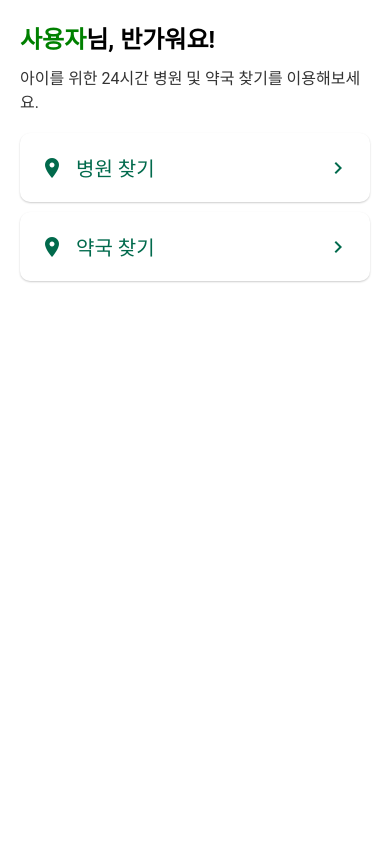
Repository: Sesac-icare/FrontEndiCare
Screen: / (app in iCare/)
These files come from the project's save history. The screen is drawn as it stood at one moment and after the next save; the edit follows.
The app was drawn by React Native's web renderer in a window 390 px wide. The project was rebuilt for these pictures with package versions that can differ from the ones it lists, and the page was loaded fresh each time. Some packages were replaced by stand-ins written for this rebuild.

Above is the screen before, as saved 2025-02-04 16:06:41.

### iCare/index.js
import { registerRootComponent } from "expo";

import App from "./App";

// registerRootComponent calls AppRegistry.registerComponent('main', () => App);
// It also ensures that whether you load the app in Expo Go or in a native build,
// the environment is set up appropriately
registerRootComponent(App);

// import { AppRegistry } from "react-native";
// import App from "./src/App";
// import { iCare } from "./app.json";

// import appConfig from "./app.json";

// const appName = appConfig.expo.name;

// AppRegistry.registerComponent(appName, () => App);

### iCare/App.js
// import { StatusBar } from "expo-status-bar";
// import { StyleSheet, Text, View } from "react-native";

// export default function App() {
//   return (
//     <View style={styles.container}>
//       <Text>Open up App.js to start working on your app!</Text>
//       <StatusBar style="auto" />
//     </View>
//   );
// }

// const styles = StyleSheet.create({
//   container: {
//     flex: 1,
//     backgroundColor: "#fff",
//     alignItems: "center",
//     justifyContent: "center"
//   }
// });
//__________________________________________________________
// import App from "./src/App";
// import { StatusBar } from "expo-status-bar";
// import React from "react";
// import {Text} from 'react-native';

// export default function App() {
//   return (
//     <>
//     <View style={styles.container}>
//       <Text>Open up App.js to start working on your app!</Text>
//       <StatusBar style="auto" />
//     </View>
//     </>
//   );
// }

// export default App;

import React, { useCallback } from "react";
import {
  View,
  Text,
  StyleSheet,
  Platform,
  TouchableOpacity
} from "react-native";
import { MaterialIcons } from "@expo/vector-icons";
import * as SplashScreen from "expo-splash-screen";
import * as Font from "expo-font";

// 스플래시 스크린 유지
SplashScreen.preventAutoHideAsync();

export default function App() {
  const [fontsLoaded] = Font.useFonts({
    // 임시로 시스템 폰트를 사용하거나, 폰트 로딩을 제거
    // NotoSansKR: require("./assets/fonts/NotoSansKR-Regular.otf")
  });

  const onLayoutRootView = useCallback(async () => {
    if (fontsLoaded) {
      await SplashScreen.hideAsync();
    }
  }, [fontsLoaded]);

  if (!fontsLoaded) {
    return null;
  }

  return (
    <View style={styles.container} onLayout={onLayoutRootView}>
      <View style={styles.titleContainer}>
        <Text
          style={[
            styles.titleGreen,
            { fontFamily: Platform.OS === "ios" ? "System" : "Roboto" }
          ]}
        >
          사용자
        </Text>
        <Text
          style={[
            styles.title,
            { fontFamily: Platform.OS === "ios" ? "System" : "Roboto" }
          ]}
        >
          님, 반가워요!
        </Text>
      </View>
      <Text
        style={[
          styles.subtitle,
          { fontFamily: Platform.OS === "ios" ? "System" : "Roboto" }
        ]}
      >
        아이를 위한 24시간 병원 및 약국 찾기를 이용해보세요.
      </Text>
      <TouchableOpacity
        style={styles.button}
        onPress={() => {
          console.log("병원 찾기 클릭됨");
        }}
      >
        <View style={styles.buttonContent}>
          <MaterialIcons
            name="location-on"
            size={24}
            color="#016a4c"
            style={styles.buttonIcon}
          />
          <Text
            style={[
              styles.buttonText,
              { fontFamily: Platform.OS === "ios" ? "System" : "Roboto" }
            ]}
          >
            병원 찾기
          </Text>
          <MaterialIcons
            name="chevron-right"
            size={24}
            color="#016a4c"
            style={styles.arrowIcon}
          />
        </View>
      </TouchableOpacity>
      <TouchableOpacity
        style={styles.button}
        onPress={() => {
          console.log("약국 찾기 클릭됨");
        }}
      >
        <View style={styles.buttonContent}>
          <MaterialIcons
            name="location-on"
            size={24}
            color="#016a4c"
            style={styles.buttonIcon}
          />
          <Text
            style={[
              styles.buttonText,
              { fontFamily: Platform.OS === "ios" ? "System" : "Roboto" }
            ]}
          >
            약국 찾기
          </Text>
          <MaterialIcons
            name="chevron-right"
            size={24}
            color="#016a4c"
            style={styles.arrowIcon}
          />
        </View>
      </TouchableOpacity>
    </View>
  );
}

const styles = StyleSheet.create({
  container: {
    flex: 1,
    backgroundColor: "#fff",
    padding: 20
  },
  titleContainer: {
    flexDirection: "row"
  },
  titleGreen: {
    fontSize: 24,
    fontWeight: "bold",
    color: "green"
    // fontFamily: "NotoSansKR" // 주석 처리
  },
  title: {
    fontSize: 24,
    fontWeight: "bold",
    color: "black",
    marginBottom: 10
    // fontFamily: "NotoSansKR" // 주석 처리
  },
  subtitle: {
    fontSize: 16,
    color: "#333",
    marginBottom: 20
    // fontFamily: "NotoSansKR" // 주석 처리
  },
  button: {
    backgroundColor: "#fff",
    padding: 20,
    width: "100%",
    borderRadius: 10,
    marginBottom: 10,
    elevation: 2,
    shadowColor: "#000",
    shadowOffset: {
      width: 0,
      height: 1
    },
    shadowOpacity: 0.2,
    shadowRadius: 2
  },
  buttonContent: {
    flexDirection: "row",
    alignItems: "center"
  },
  buttonIcon: {
    marginRight: 12
  },
  arrowIcon: {
    marginLeft: "auto"
  },
  buttonText: {
    fontSize: 20,
    color: "#016a4c",
    fontFamily: "NotoSansKR"
  }
});

After the next save:
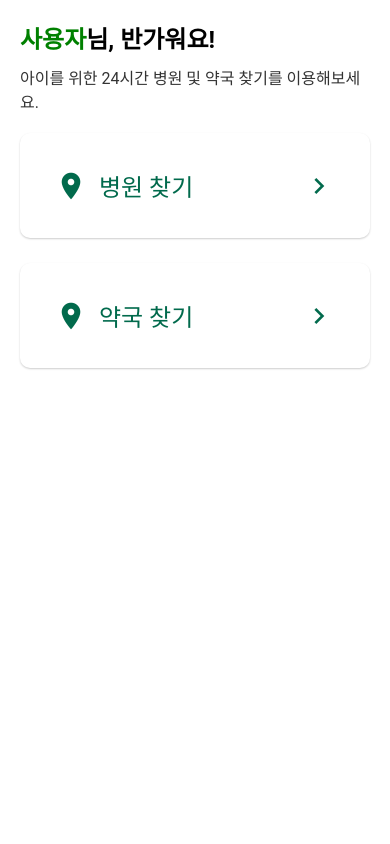
Saved 21 s later.
--- a/iCare/App.js
+++ b/iCare/App.js
@@ -188,10 +188,10 @@ const styles = StyleSheet.create({
   },
   button: {
     backgroundColor: "#fff",
-    padding: 20,
+    padding: 35,
     width: "100%",
     borderRadius: 10,
-    marginBottom: 10,
+    marginBottom: 25,
     elevation: 2,
     shadowColor: "#000",
     shadowOffset: {
@@ -206,13 +206,15 @@ const styles = StyleSheet.create({
     alignItems: "center"
   },
   buttonIcon: {
+    fontSize: 32,
     marginRight: 12
   },
   arrowIcon: {
+    fontSize: 32,
     marginLeft: "auto"
   },
   buttonText: {
-    fontSize: 20,
+    fontSize: 24,
     color: "#016a4c",
     fontFamily: "NotoSansKR"
   }
